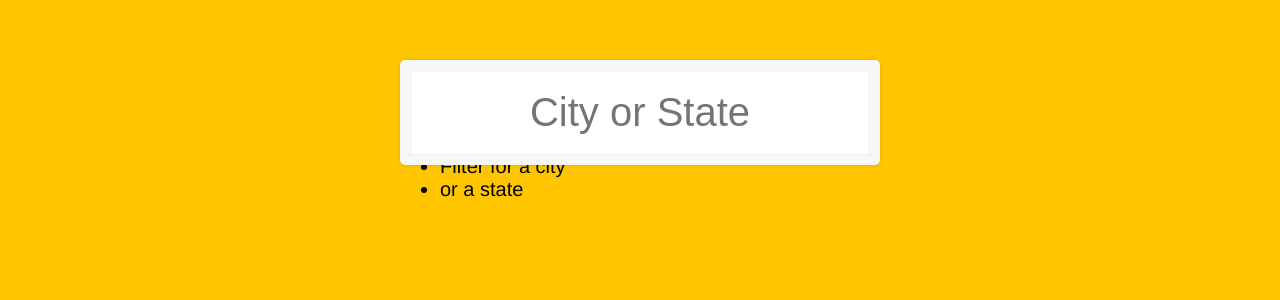
Repository: Saieebawake/Type-Ahead-City-or-State-Search
Page: index.html
These files come from the project's save history. The page is drawn as it stood at one moment and after the next save; the edit follows.
The browser window is 1280 px wide. The pictures show the whole page.
The page's requests for data from a server got no answer.

Above is the page before, as saved 2026-09-27 20:38:19.

### index.html
<!DOCTYPE html>
<html lang="en">
<head>
    <meta charset="UTF-8">
    <meta name="viewport" content="width=device-width, initial-scale=1.0">
    <title>Type Ahead</title>
    <link rel="stylesheet" href="style.css">
</head>
<body>
    <form class="search-form">
        <input type="text" class="search" placeholder="City or State">
        <ul class="suggestions">
            <li>Filter for a city</li>
            <li>or a state</li>
        </ul>
    </form>
    <script src="script.js"></script>
</body>
</html>

### style.css
html {
    box-sizing: border-box;
    background: #ffc600;
    font-family: 'helvetica neue';
    font-size: 20px;
    font-weight: 200;
}

*, *:before, *:after {
    box-sizing: inherit;
}

input {
    width: 100%;
    padding: 20px;
}

.search-form {
    max-width: 400px;
    margin: 50px auto;
}

input.search {
    margin: 0;
    text-align: center;
    outline: 0;
    border: 10px solid #f7f7f7;
    width: 120%;
    left: -10%;
    position: relative;
    top: 10px;
    z-index: 2;
    border-radius: 5px;
    font-size: 40px;
    box-shadow: 0 0 5px rgba(0, 0, 0, 0.12), inset 0 0 2px rgba(0, 0, 0, 0.19);
}

.suggestions {
    margin: 0;
    padding: 0;
    position: relative;
}

.suggestions li {

}

### script.js
const endpoint = 'https://gist.githubusercontent.com/Miserlou/c5cd8364bf9b2420bb29/raw/2bf258763cdddd704f8ffd3ea9a3e81d25e2c6f6/cities.json'

const cities = [];

fetch(endpoint)
.then(blob => blob.json())
.then(data => cities.push(...data))

function findMatches(wordToMatch, cities) {
    return cities.filter(place => {
        const regex = new RegExp(wordToMatch, 'gi');
        return place.city.match(regex) || place.state.match(regex)
    });
}

function numberWithCommas(x) {
    return x.toString().replace(/|B(?=(\d{3})+(?!\d))/g, ',');
}

function displayMatches() {
    const matchArray = findMatches(this.value, cities);
    const html = matchArray.map(place => {
        const regex = new RegExp(this.value, 'gi');
        const cityName = place.city.replace(regex,`<span class="hl">${this.value}</span>`);
        const stateName = place.state.replace(regex,`<span class="hl">${this.value}</span>`);
        return `
        <li>
        <span class="name">${cityName}, ${stateName}</span>
        <span class="population">${numberWithCommas(place.population)}</span>
        </li>`;
    }).join('');
    suggestions.innerHTML = html;
}

const searchInput = document.querySelector('.search');
const suggestions = document.querySelector('.suggestions');

searchInput.addEventListener('change', displayMatches);
searchInput.addEventListener('keyup', displayMatches);

After the next save:
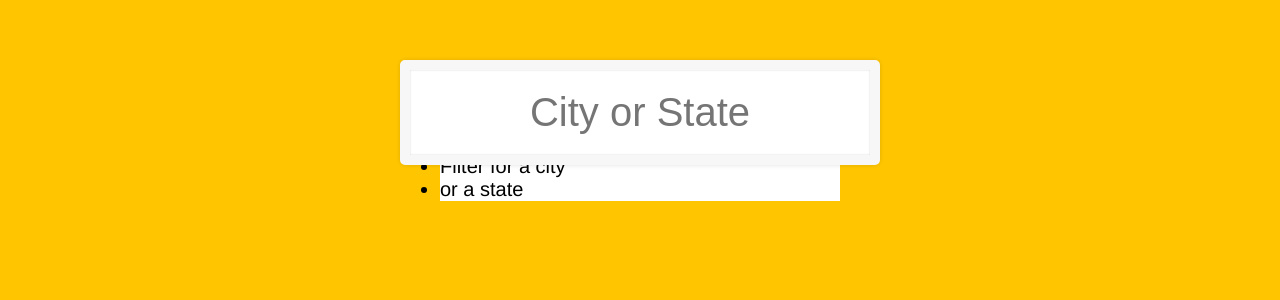
Saved 6 s later.
--- a/style.css
+++ b/style.css
@@ -42,5 +42,6 @@ input.search {
 }
 
 .suggestions li {
+    background: white;
 
 }
